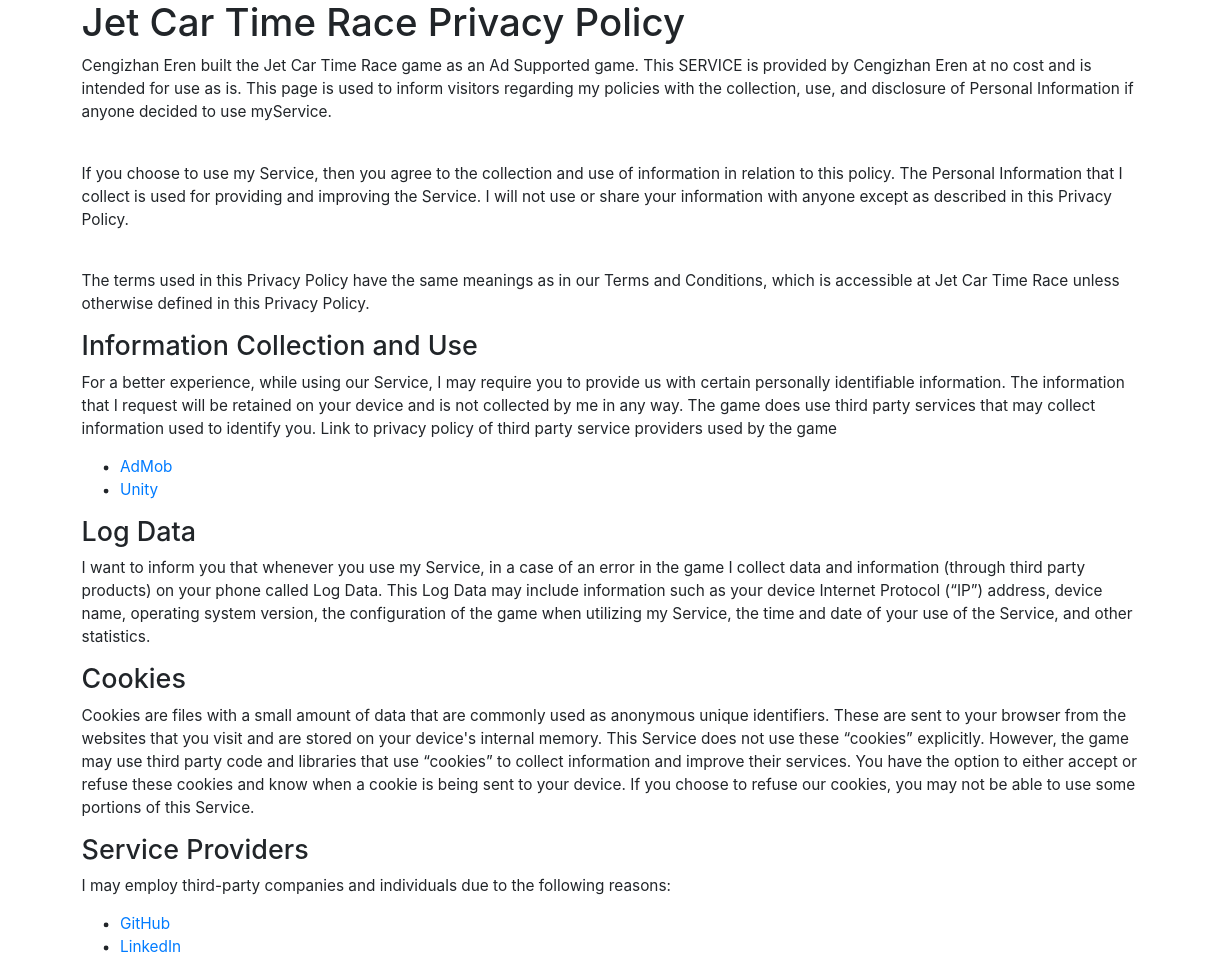
Repository: CengoCengo/cengocengo.github.io
Page: jetcartimeraceprivacypolicy.html
These files come from the project's save history. The page is drawn as it stood at one moment and after the next save; the edit follows.
The browser window is 1280 px wide. The pictures show the whole page, at 96% of full size.

Above is the page before, as saved 2022-10-11 14:41:29.

After the next save:
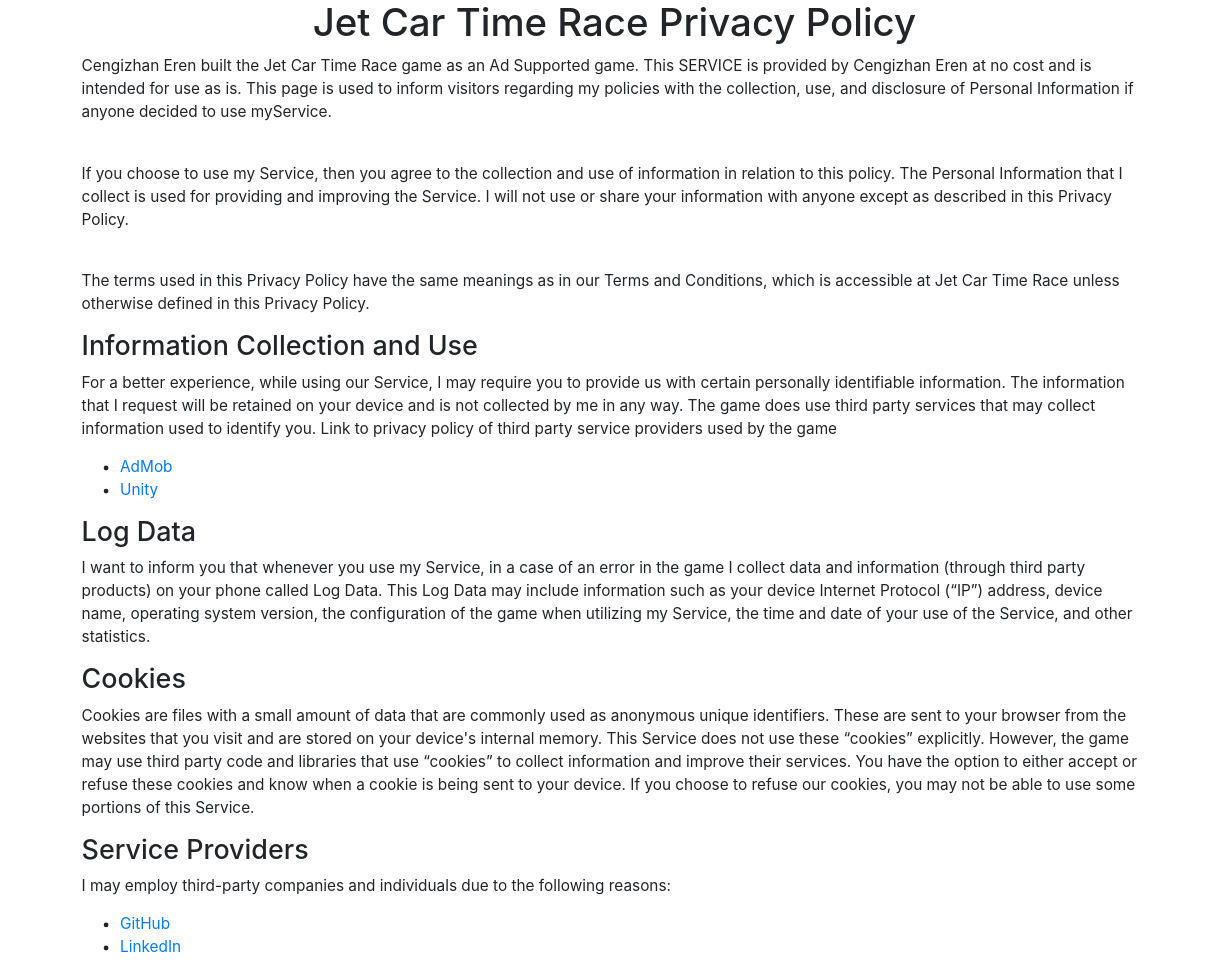
Saved 33 s later.
--- a/jetcartimeraceprivacypolicy.html
+++ b/jetcartimeraceprivacypolicy.html
@@ -30,7 +30,7 @@
 			<div id="main">
 				<!-- Header -->
 					<header id="header">
-						<h1 class ="text-justify">  Jet Car Time Race Privacy Policy </h1>
+						<h1 class ="text-center">  Jet Car Time Race Privacy Policy </h1>
         				<p>Cengizhan Eren built the Jet Car Time Race game as an Ad Supported game. This SERVICE is provided by Cengizhan Eren at no cost and is intended for use as is. This page is used to inform visitors regarding my policies with the collection, use, and disclosure of Personal Information if anyone decided to use myService.</p> <br>
                         <p>
                             If you choose to use my Service, then you agree to the collection and use of information in relation to this policy. The Personal Information that I
